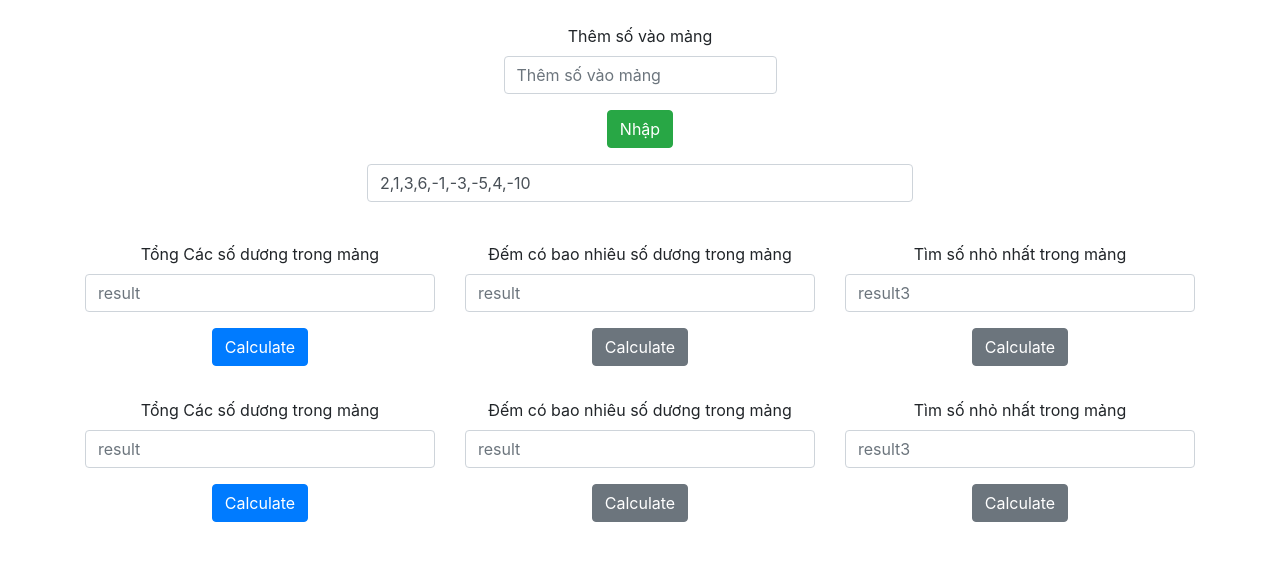
Repository: baobaodeveloper/bootcamp21__array__HuynhAnhBao
Page: index.html
These files come from the project's save history. The page is drawn as it stood at one moment and after the next save; the edit follows.
The browser window is 1280 px wide. The pictures show the whole page.

Above is the page before, as saved 2022-03-20 17:19:30.

### index.html
<!DOCTYPE html>
<html lang="en">
  <head>
    <title>JavaScript Array</title>
    <!-- Required meta tags -->
    <meta charset="utf-8" />
    <meta
      name="viewport"
      content="width=device-width, initial-scale=1, shrink-to-fit=no"
    />

    <!-- Bootstrap CSS -->
    <link
      rel="stylesheet"
      href="https://stackpath.bootstrapcdn.com/bootstrap/4.3.1/css/bootstrap.min.css"
      integrity="sha384-ggOyR0iXCbMQv3Xipma34MD+dH/1fQ784/j6cY/iJTQUOhcWr7x9JvoRxT2MZw1T"
      crossorigin="anonymous"
    />
  </head>
  <body>
    <div class="container d-flex justify-content-center align-items-center p-4">
      <div
        class="mb-3 text-center w-50 d-flex flex-column justify-content-center align-items-center"
      >
        <label class="form-label">Thêm số vào mảng</label>
        <input
          type="number"
          class="form-control w-50"
          id="number"
          placeholder="Thêm số vào mảng"
          value=""
        />
        <button type="button" class="btn btn-success m-3" id="input">
          Nhập
        </button>
        <input
          type="text"
          class="form-control d-block w-100"
          id="array-current"
          placeholder="Mảng hiện tại"
        />
      </div>
    </div>

    <div class="container">
      <div class="row">
        <div class="col text-center">
          <label class="form-label">Tổng Các số dương trong mảng</label>
          <input
            type="text"
            class="form-control"
            placeholder="result"
            id="result1"
          />
          <button
            type="button"
            class="btn btn-primary m-3"
            id="calculate-total-positive"
          >
            Calculate
          </button>
        </div>
        <div class="col text-center">
          <label class="form-label">Đếm có bao nhiêu số dương trong mảng</label>
          <input
            type="text"
            class="form-control"
            placeholder="result"
            id="result2"
          />
          <button
            type="button"
            class="btn btn-secondary m-3"
            id="total-number-position"
          >
            Calculate
          </button>
        </div>
        <div class="col text-center">
          <label class="form-label">Tìm số nhỏ nhất trong mảng</label>
          <input
            type="text"
            class="form-control"
            placeholder="result3"
            id="result3"
          />
          <button type="button" class="btn btn-secondary m-3" id="min-number">
            Calculate
          </button>
        </div>
      </div>
    </div>

    <div class="container pt-3">
      <div class="row">
        <div class="col text-center">
          <label class="form-label">Tổng Các số dương trong mảng</label>
          <input
            type="text"
            class="form-control"
            placeholder="result"
            id="result1"
          />
          <button
            type="button"
            class="btn btn-primary m-3"
            id="calculate-total-positive"
          >
            Calculate
          </button>
        </div>
        <div class="col text-center">
          <label class="form-label">Đếm có bao nhiêu số dương trong mảng</label>
          <input
            type="text"
            class="form-control"
            placeholder="result"
            id="result2"
          />
          <button
            type="button"
            class="btn btn-secondary m-3"
            id="total-number-position"
          >
            Calculate
          </button>
        </div>
        <div class="col text-center">
          <label class="form-label">Tìm số nhỏ nhất trong mảng</label>
          <input
            type="text"
            class="form-control"
            placeholder="result3"
            id="result3"
          />
          <button type="button" class="btn btn-secondary m-3" id="min-number">
            Calculate
          </button>
        </div>
      </div>
    </div>
    <!-- Optional JavaScript -->
    <!-- jQuery first, then Popper.js, then Bootstrap JS -->
    <script
      src="https://code.jquery.com/jquery-3.3.1.slim.min.js"
      integrity="sha384-q8i/X+965DzO0rT7abK41JStQIAqVgRVzpbzo5smXKp4YfRvH+8abtTE1Pi6jizo"
      crossorigin="anonymous"
    ></script>
    <script
      src="https://cdnjs.cloudflare.com/ajax/libs/popper.js/1.14.7/umd/popper.min.js"
      integrity="sha384-UO2eT0CpHqdSJQ6hJty5KVphtPhzWj9WO1clHTMGa3JDZwrnQq4sF86dIHNDz0W1"
      crossorigin="anonymous"
    ></script>
    <script
      src="https://stackpath.bootstrapcdn.com/bootstrap/4.3.1/js/bootstrap.min.js"
      integrity="sha384-JjSmVgyd0p3pXB1rRibZUAYoIIy6OrQ6VrjIEaFf/nJGzIxFDsf4x0xIM+B07jRM"
      crossorigin="anonymous"
    ></script>
    <script src="app.js"></script>
  </body>
</html>

### app.js
// const number = document.getElementById("number");
// let arr = [];
// document.getElementById("input").addEventListener("click", () => {
//   const numberValue = number.value;
//   if (!numberValue) return;

//   arr.push(+numberValue);
//   number.value = "";
//   console.log(arr);
//   document.getElementById("array-current").value = arr.join("  ");
// });
let arr = [2, 1, 3, 6, -1, -3, -5, 4, -10];
document.getElementById("array-current").value = arr;

document
  .getElementById("calculate-total-positive")
  .addEventListener("click", () => {
    const totalArrPositive = arr
      .filter((cur) => cur > 0)
      .reduce((cur, acc) => cur + acc, 0);
    document.getElementById("result1").value = totalArrPositive;
  });

document
  .getElementById("total-number-position")
  .addEventListener("click", () => {
    const totalArrPositive = arr.filter((cur) => cur > 0).length;
    document.getElementById("result2").value = totalArrPositive;
  });
document.getElementById("min-number").addEventListener("click", () => {
  let minNumber = arr[0];
  arr.forEach((num) => {
    if (num < minNumber) minNumber = num;
  });
  document.getElementById("result3").value = minNumber;
});

After the next save:
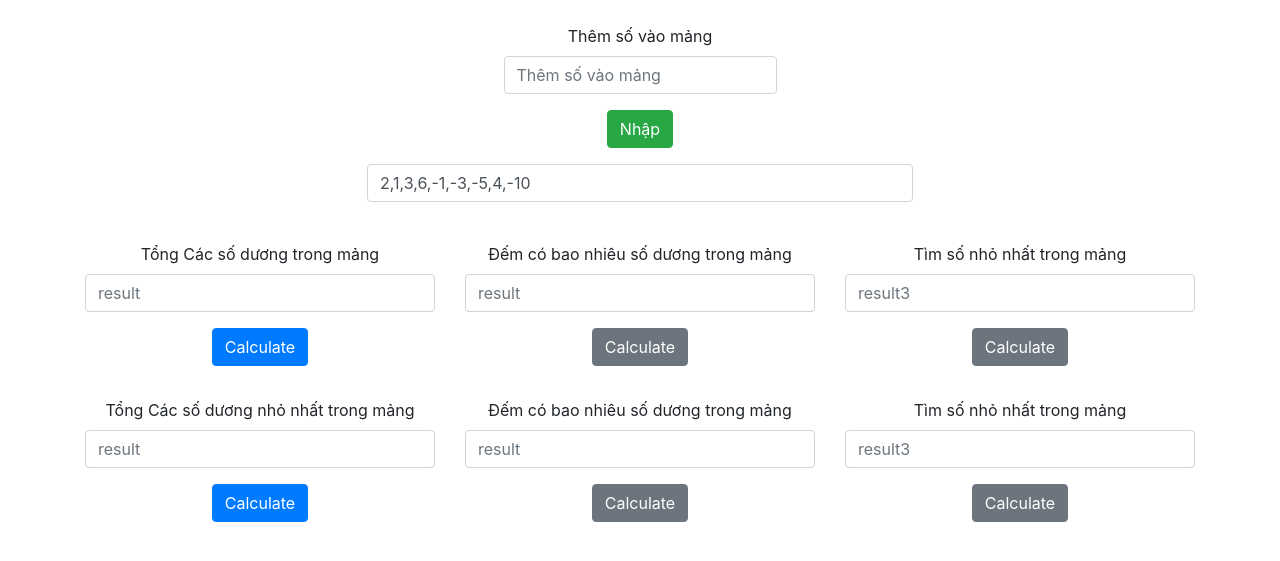
Saved 20 s later.
--- a/index.html
+++ b/index.html
@@ -94,7 +94,9 @@
     <div class="container pt-3">
       <div class="row">
         <div class="col text-center">
-          <label class="form-label">Tổng Các số dương trong mảng</label>
+          <label class="form-label"
+            >Tổng Các số dương nhỏ nhất trong mảng</label
+          >
           <input
             type="text"
             class="form-control"
